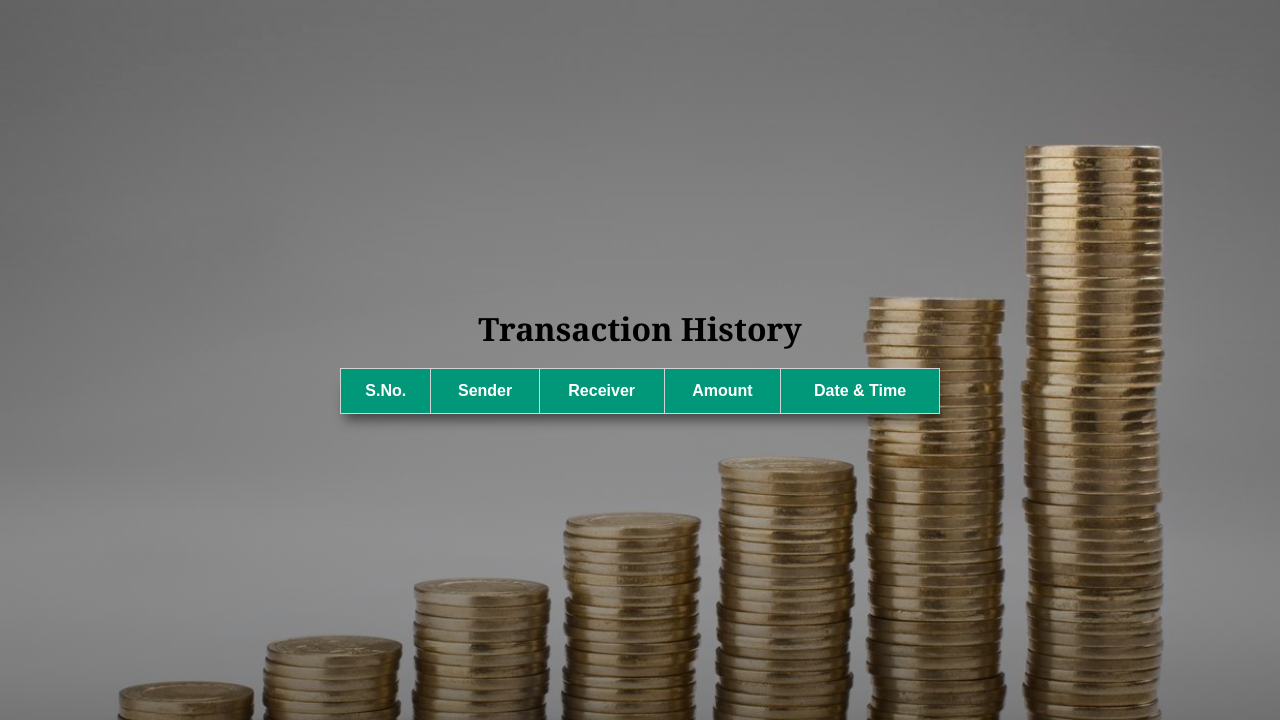
Repository: PrabhaBas/TheSparksFoundation_BasicBankingSystem
Page: http://localhost/PVBank/transactionhistory.jsp
An editor plug-in stored every save of this project. The page is shown before and after the next save, followed by the edit.
The browser window is 1280 px wide. The pictures show the whole page.
The page is served by Tomcat 9. Queries for data that is not in the repository find no rows.

Above is the page before, as saved 2021-08-18 09:37:34.
Not found: PVBank/PVBank/css/button.css
Not found: PVBank/PVBank/css/createuser.css

After the next save:
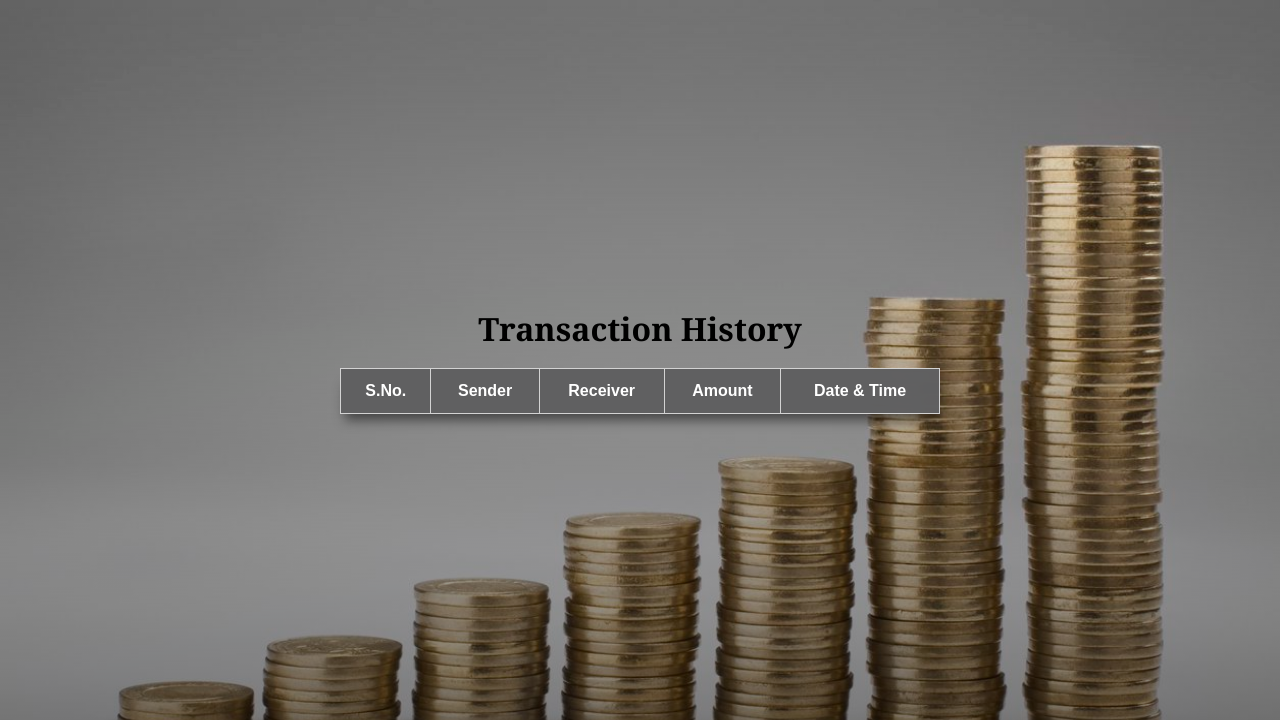
Saved 6 min 43 s later.
--- a/PVBank/src/main/webapp/css/transactionhistory.css
+++ b/PVBank/src/main/webapp/css/transactionhistory.css
@@ -21,6 +21,29 @@ body{
 
 	background-size: 100% 120%;
 
+	background-repea*{
+
+	margin: 0;
+
+	padding: 0;
+
+	font-family: arial;
+
+	box-sizing: border-box;
+
+}
+
+body{
+    height: 100vh ;
+
+	display: grid;
+
+	place-items: center;
+
+	background: linear-gradient(rgba(0,0,0,0),rgba(0,0,0,0.6)), url('../trans.jpg');
+
+	background-size: 100% 120%;
+
 	background-repeat: no-repeat;
 
 }
@@ -61,6 +84,86 @@ td{
 
 th{
 
+	background-color: #606061e5;
+
+	color: white;
+
+}
+
+tr:nth-child(odd){
+
+	background-color: #606061e5;
+
+}
+
+tr:nth-child(odd):hover{
+
+	background-color: #606061e5;
+
+	color: white;
+
+	transform: scale(1.1);
+
+	transition: transform 300ms ease-in;
+
+}
+
+tr:nth-child(even){
+
+	background-color: #ededed;
+
+}
+
+tr:nth-child(even):hover{
+
+	background-color: lightgray;
+
+	transform: scale(1.1);
+
+	transition: transform 300ms ease-in;
+
+
+}
+	t: no-repeat;
+
+}
+h1{
+	font-family:Georgia, 'Times New Roman', Times, serif;
+	place-items: center;
+	text-align: center;
+
+}
+
+table{
+
+	width: 600px;
+
+	box-shadow: -1px 12px 12px -6px rgba(0,0,0,0.5);
+
+}
+
+table, td, th{
+
+	padding: 13px;
+
+	border: 1px solid lightgray;
+
+	border-collapse: collapse;
+
+	text-align: center;
+
+	cursor: pointer;
+
+}
+
+td{
+
+	font-size: 15px;
+
+}
+
+th{
+
 	background-color: #009879;
 
 	color: white;
